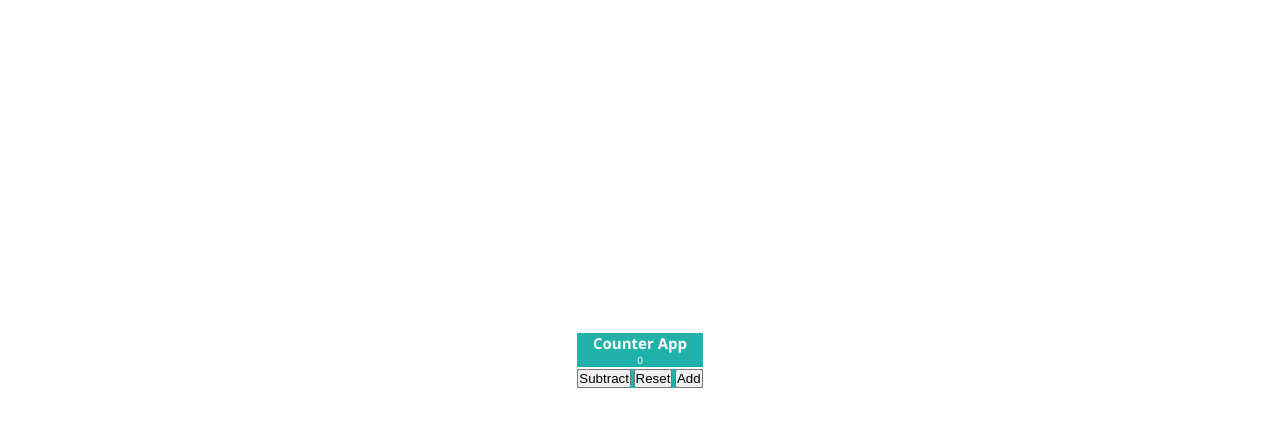
Repository: fakebrianho/100daysJS
Page: day001/index.html
These files come from the project's save history. The page is drawn as it stood at one moment and after a run of saves; the edit follows.
The browser window is 1280 px wide. The pictures show the whole page.
Some web libraries are served in a nearby version.

Above is the page before, as saved 2023-03-21 15:06:55.

After the next 2 saves:
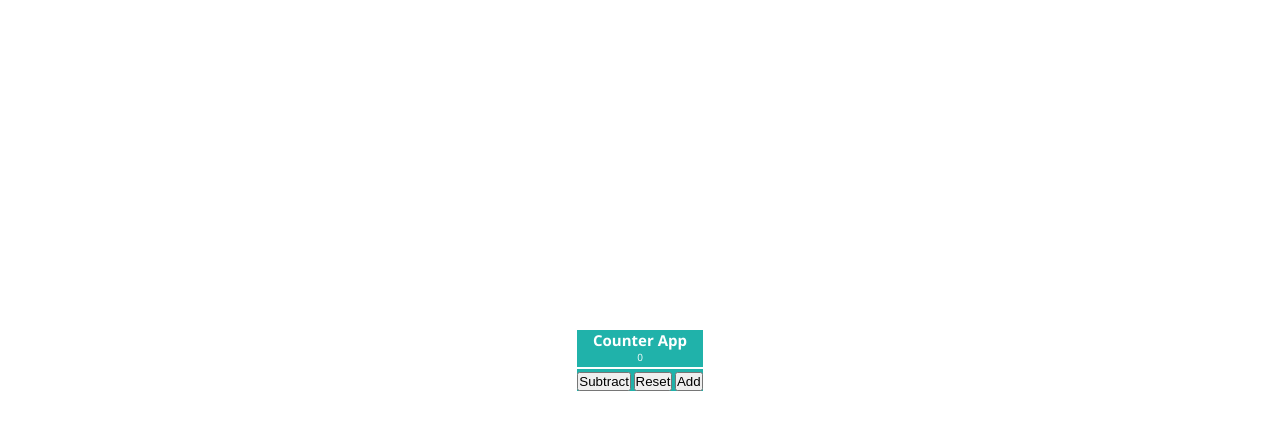
The 2 saves are shown as one change because they came seconds apart.
The last was saved 9 s later.
--- a/day001/styles.css
+++ b/day001/styles.css
@@ -57,5 +57,6 @@ img {
 	height: 2px;
 	width: 100%;
 	/* padding: 2px 0px; */
+	margin: 3px;
 	background-color: white;
 }
